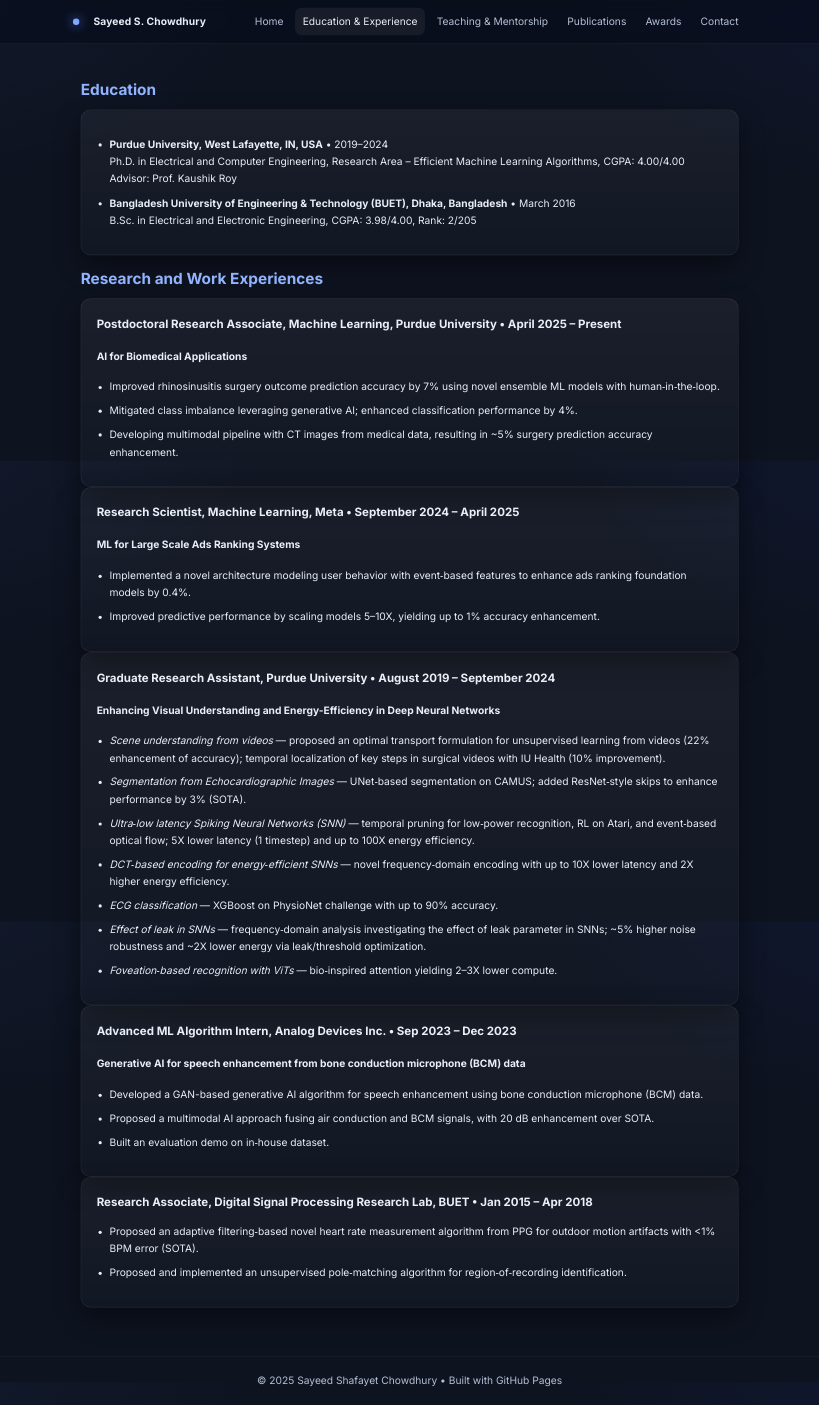
Repository: SayeedChowdhury/SayeedChowdhury.github.io
Page: edu-exp.html
These files come from the project's save history. The page is drawn as it stood at one moment and after the next save; the edit follows.
The browser window is 1280 px wide. The pictures show the whole page, at 64% of full size.

Above is the page before, as saved 2025-08-11 12:15:17.

After the next save:
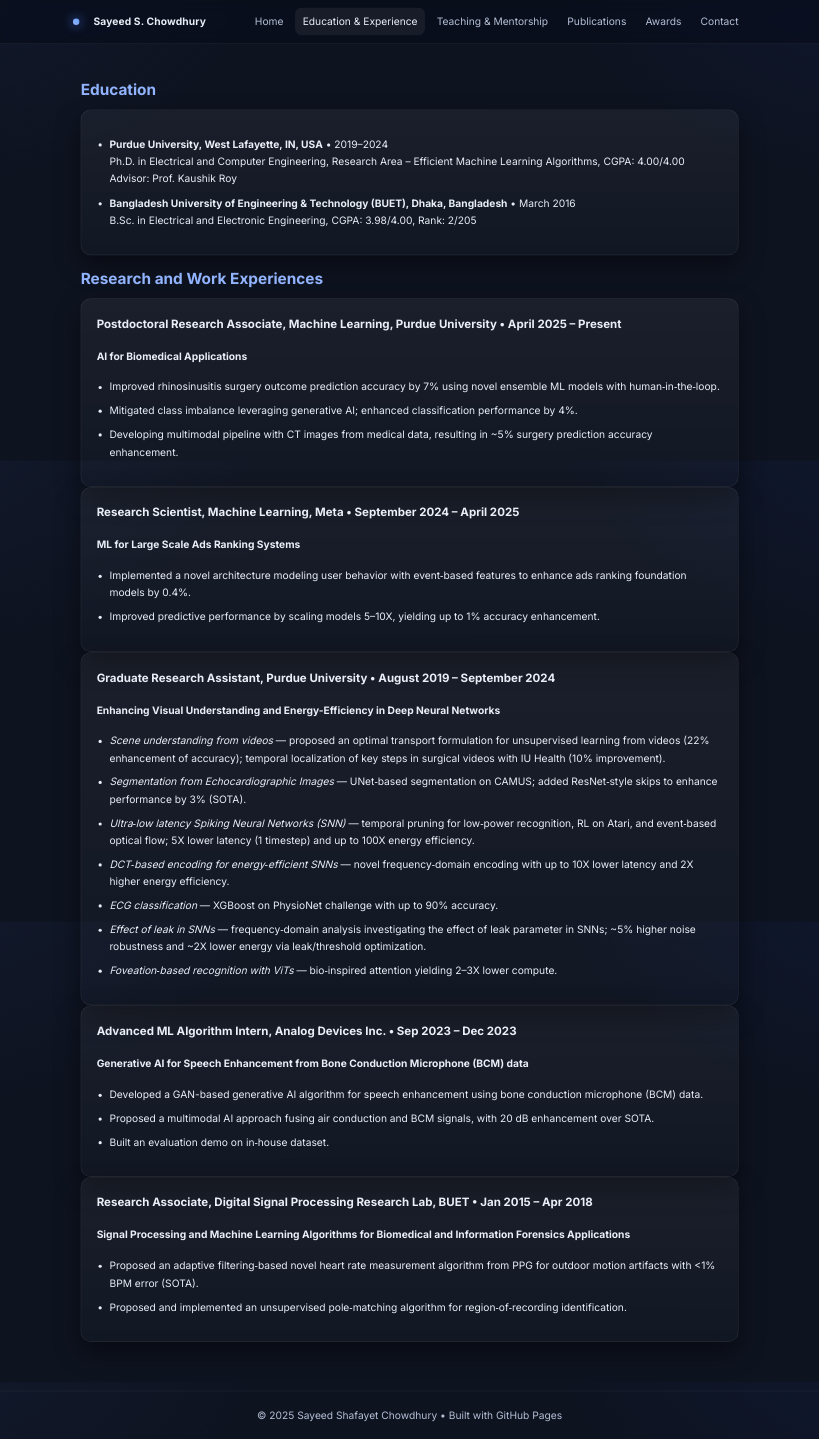
Saved 110 s later.
--- a/edu-exp.html
+++ b/edu-exp.html
@@ -75,7 +75,7 @@
   </div>
   <div class="card">
     <h3>Advanced ML Algorithm Intern, Analog Devices Inc. • Sep 2023 – Dec 2023</h3>
-    <h4>Generative AI for speech enhancement from bone conduction microphone (BCM) data</h4>
+    <h4>Generative AI for Speech Enhancement from Bone Conduction Microphone (BCM) data</h4>
     <ul class="list">
       <li>Developed a GAN-based generative AI algorithm for speech enhancement using bone conduction microphone (BCM)
         data.</li>
@@ -85,6 +85,7 @@
   </div>
   <div class="card">
     <h3>Research Associate, Digital Signal Processing Research Lab, BUET • Jan 2015 – Apr 2018</h3>
+    <h4>Signal Processing and Machine Learning Algorithms for Biomedical and Information Forensics Applications</h4>
     <ul class="list">
       <li>Proposed an adaptive filtering‑based novel heart rate measurement algorithm from PPG for outdoor motion artifacts with &lt;1% BPM error (SOTA).</li>
       <li>Proposed and implemented an unsupervised pole‑matching algorithm for region‑of‑recording identification.</li>
